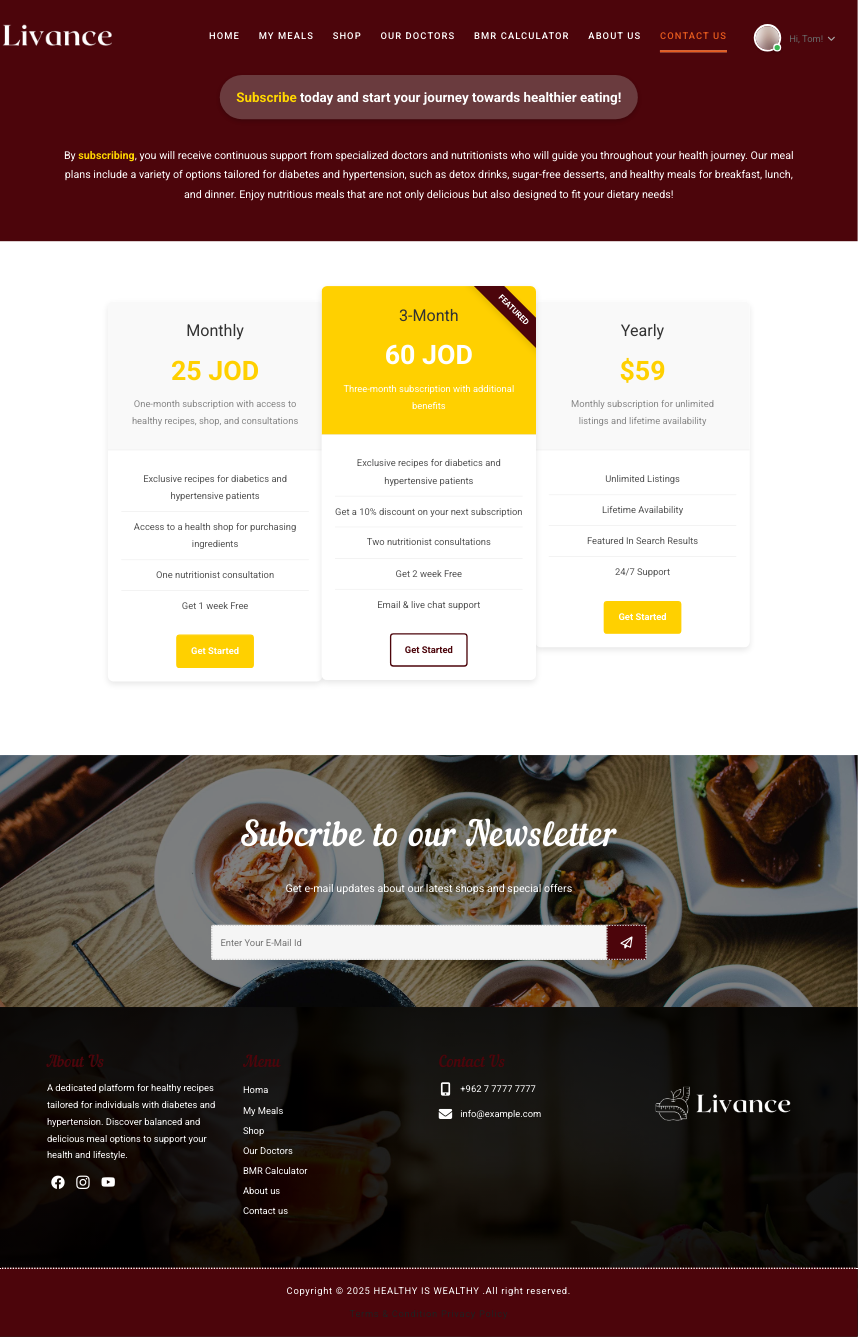
Repository: Surahailat/masterpiece
Page: masterpiece-p1/subsecribe.html
These files come from the project's save history. The page is drawn as it stood at one moment and after a run of saves; the edit follows.
The browser window is 1280 px wide. The pictures show the whole page, at 67% of full size.
Backgrounds fixed to the window are drawn as part of the page. Some web fonts or font styles are not loaded; a fallback is used. Some web libraries are served in a nearby version.

Above is the page before, as saved 2025-02-12 21:58:52.

After the next 3 saves:
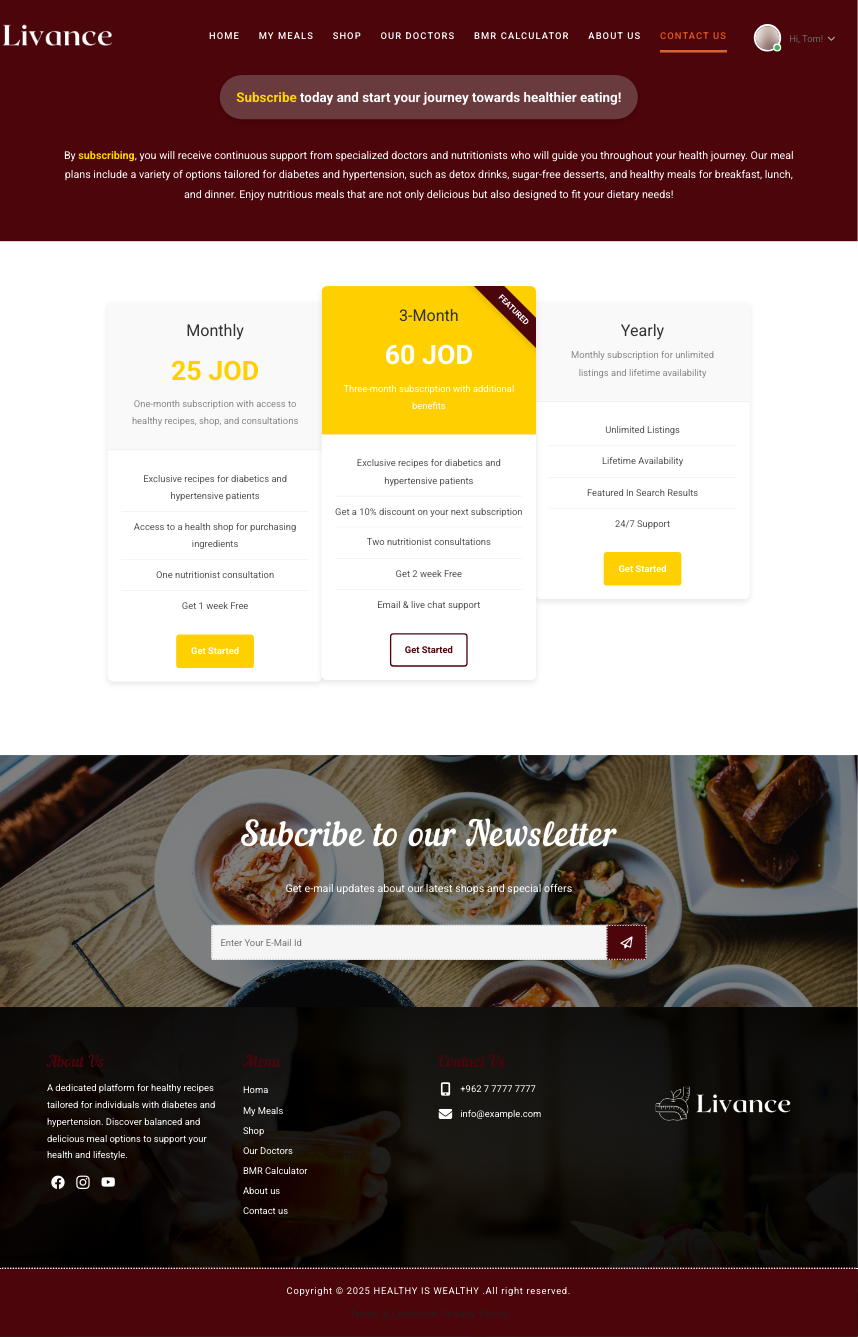
The 3 saves are shown as one change because they came seconds apart.
The last was saved 10 s later.
--- a/masterpiece-p1/subsecribe.html
+++ b/masterpiece-p1/subsecribe.html
@@ -176,7 +176,7 @@
         <div class="plan">
             <div class="plan-price">
                 <h3>Yearly </h3>
-                <div class="value">$59</div>
+                <div class="value"></div>
                 <div class="period">Monthly subscription for unlimited listings and lifetime availability</div>
             </div>
             <div class="plan-features">

After the save that followed:
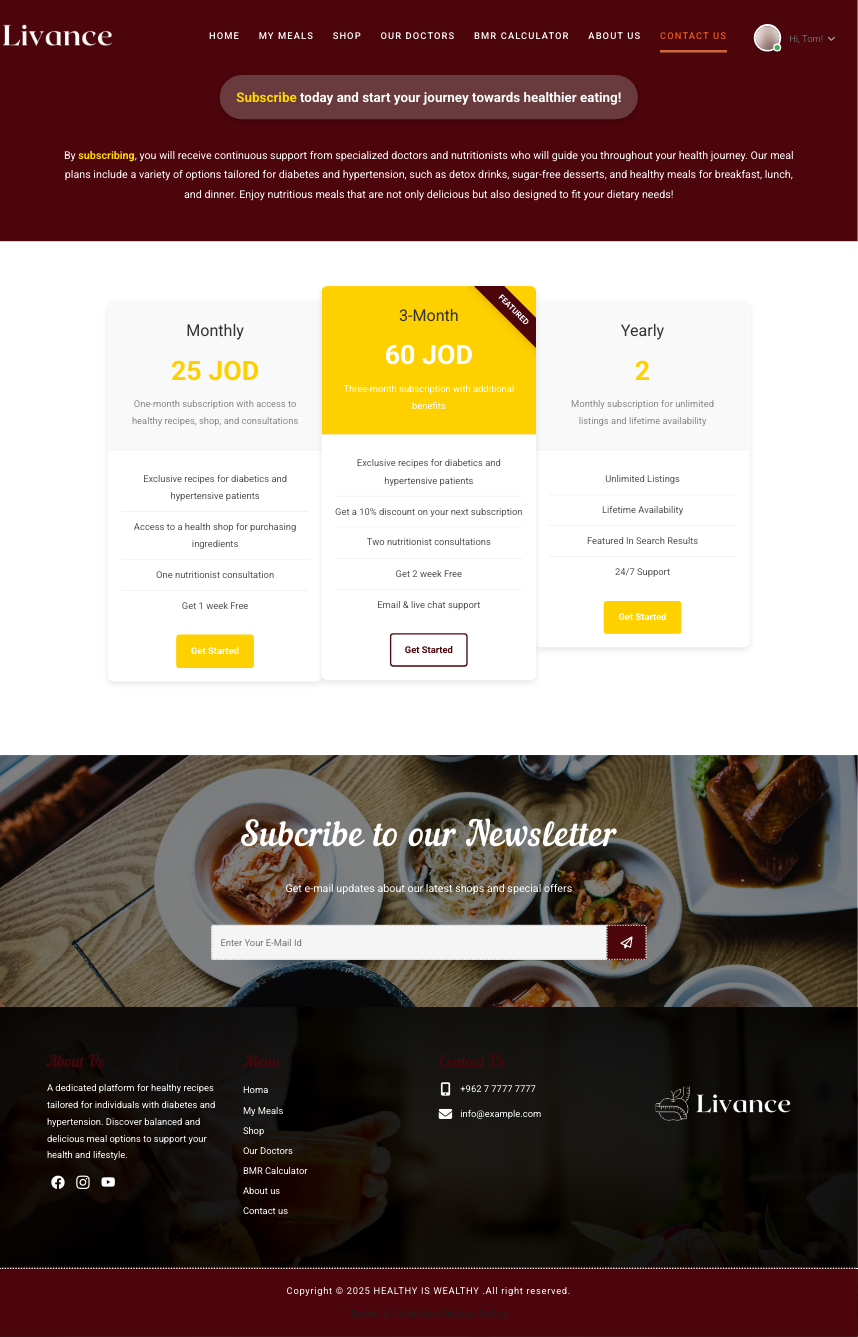
Saved 36 s later.
--- a/masterpiece-p1/subsecribe.html
+++ b/masterpiece-p1/subsecribe.html
@@ -176,7 +176,7 @@
         <div class="plan">
             <div class="plan-price">
                 <h3>Yearly </h3>
-                <div class="value"></div>
+                <div class="value">2</div>
                 <div class="period">Monthly subscription for unlimited listings and lifetime availability</div>
             </div>
             <div class="plan-features">
